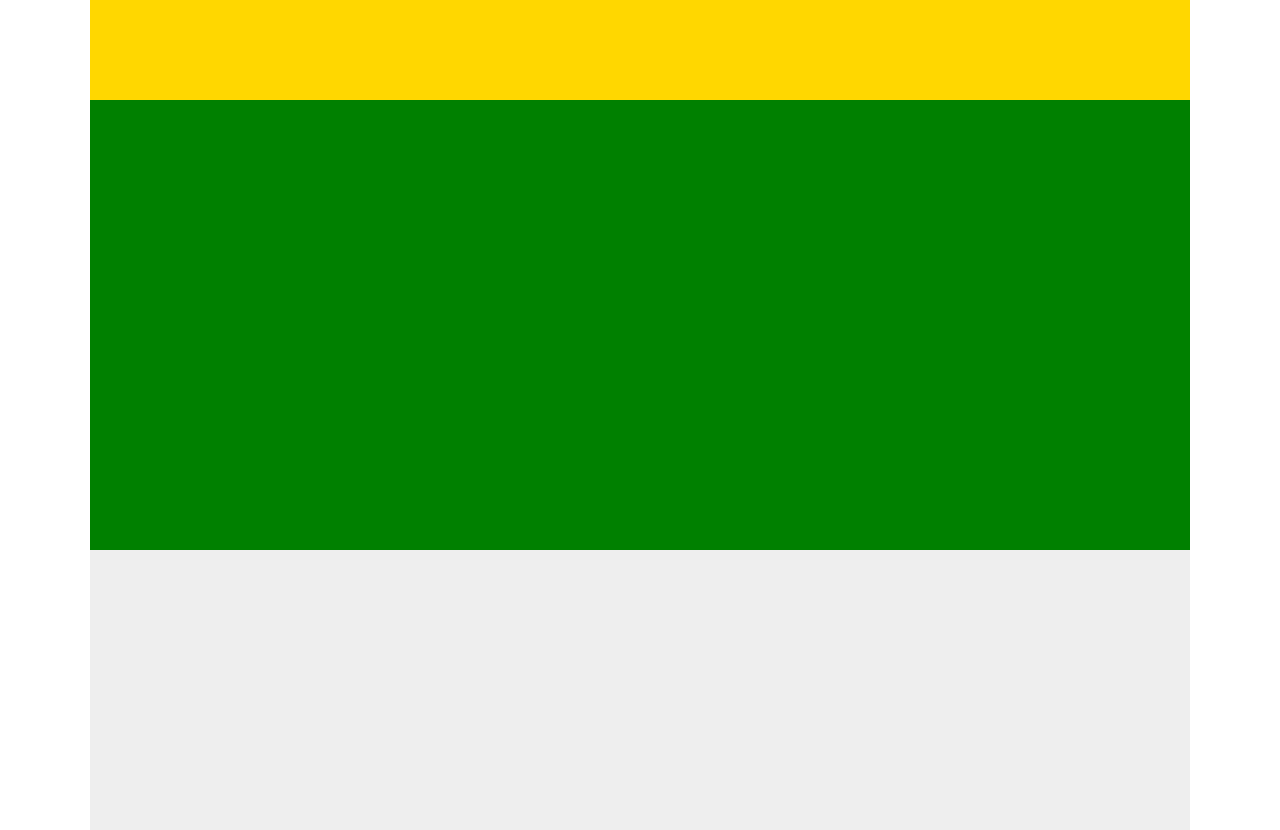
Repository: Hotmintchoco/SpringStudy
Page: HtmlTest/src/main/webapp/index3.html
An editor plug-in stored every save of this project. The page is shown before and after the next save, followed by the edit.
The browser window is 1280 px wide. The pictures show the whole page.

Above is the page before, as saved 2022-05-03 07:28:10.

After the next save:
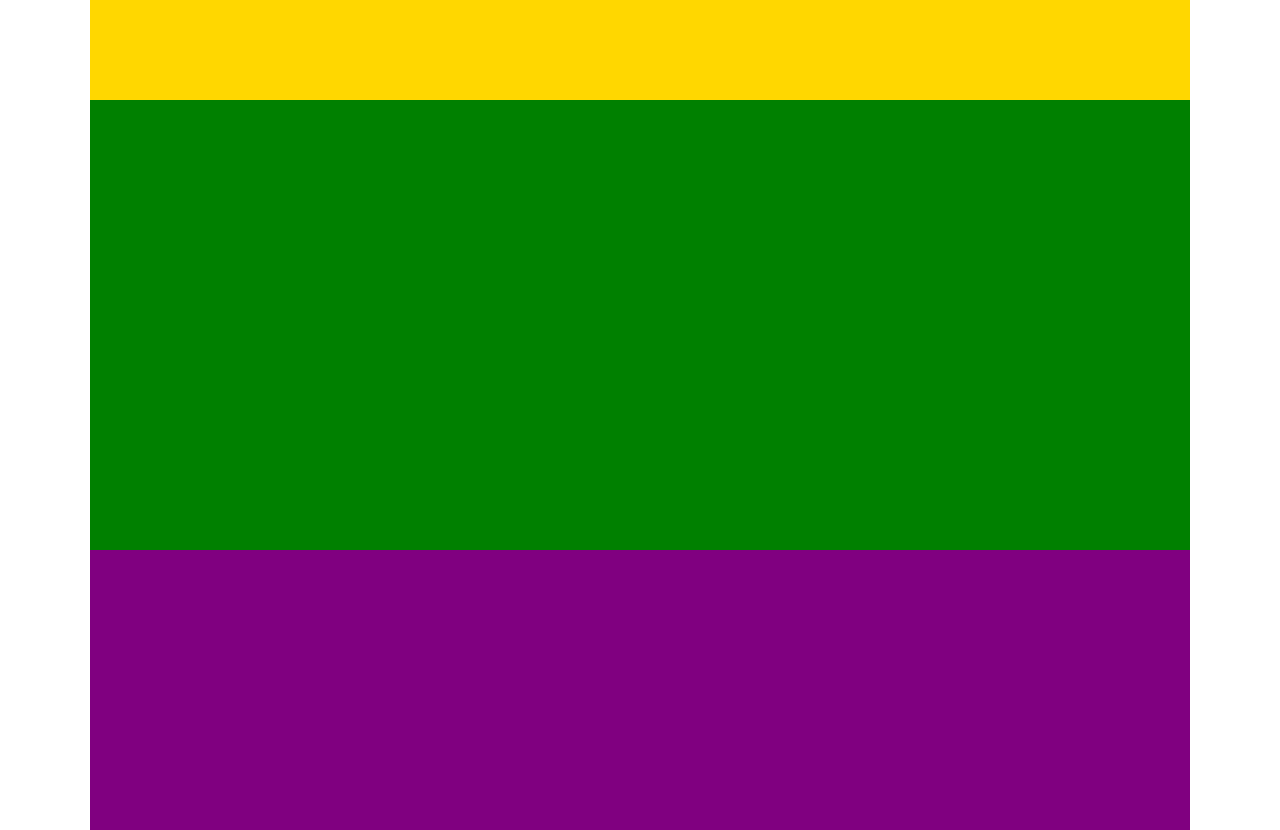
Saved 3 min 12 s later.
--- a/HtmlTest/src/main/webapp/index3.html
+++ b/HtmlTest/src/main/webapp/index3.html
@@ -16,7 +16,11 @@
 		width: 1100px; height: 450px; background-color: green; margin: 0 auto;
 	}
 	section {
-		width: 1100px; height: 280px; background-color: #eee; margin: 0 auto;
+		width: 1100px; height: 280px; background-color: purple; margin: 0 auto;
+	}
+
+	footer {
+		width: 1100px; height: 100px; background-color: pink; margin: 0 auto;
 	}
 </style>
 </head>
